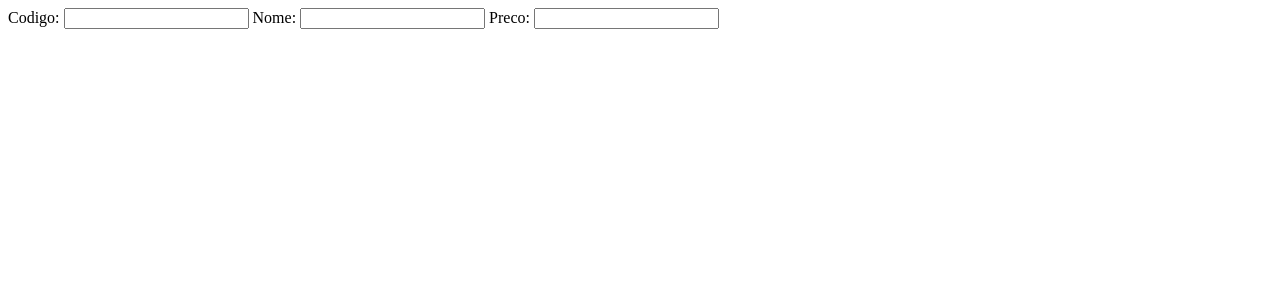
Repository: FelipeCorerato/crud-servlet-java
Page: Livraria/WebContent/Cadastro.html
An editor plug-in stored every save of this project. The page is shown before and after the next save, followed by the edit.
The browser window is 1280 px wide. The pictures show the whole page.

Above is the page before, as saved 2019-03-26 12:42:56.

After the next save:
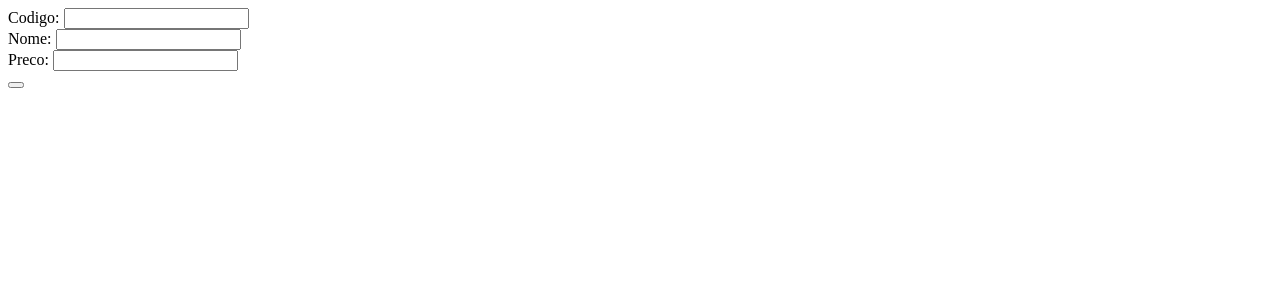
Saved 11 s later.
--- a/Livraria/WebContent/Cadastro.html
+++ b/Livraria/WebContent/Cadastro.html
@@ -5,13 +5,17 @@
 		<title>Insert title here</title>
 	</head>
 	<body>
-		<form>
+		<form method="GET" action="Cadastro">
 			Codigo:
 			<input type="text" id="codigo" name="codigo">
+                        <br>
 			Nome:
 			<input type="text" id="nome" name="nome">
-			Preco:
+            <br>
+            Preco:
 			<input type="text" id="preco" name="preco">
+                        <br>
+                        <button type="submit"></button>
 		</form>
 	</body>
 </html>
